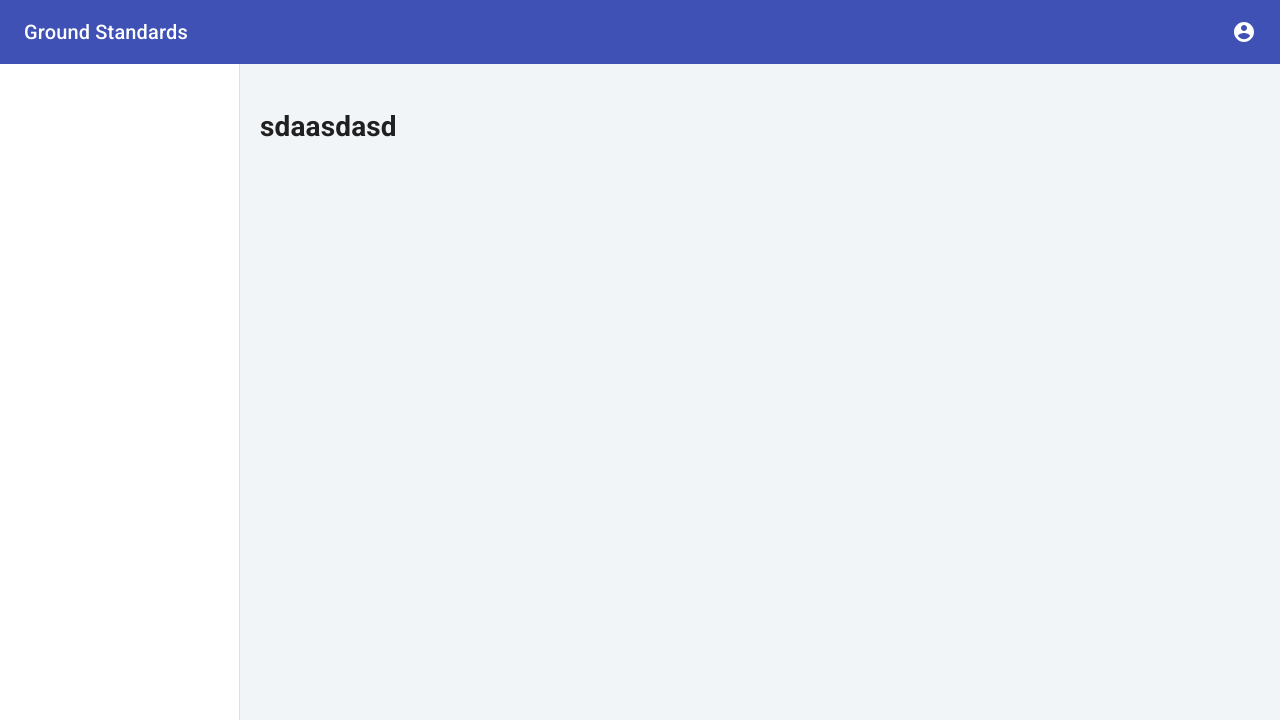
Repository: vinuvish/groundstandards_react
Page: /
These files come from the project's save history. The page is drawn as it stood at one moment and after the next save; the edit follows.
The browser window is 1280 px wide. The pictures show the whole page.
The page's requests for data from a server got no answer. The project was rebuilt for these pictures with package versions that can differ from the ones it lists, and the page was loaded fresh each time. No one was signed in, and anything a server would have sent is missing. Also part of the build but not shown: src/pages/app/NotFoundPage.tsx, src/pages/app/SignUpPage.tsx, src/pages/app/AboutPage.tsx, src/pages/app/OurSolutionPage.tsx, src/pages/app/OurPartnerPage.tsx, src/pages/app/ResourcePage.tsx, src/pages/app/PressPage.tsx, src/pages/app/BlockPage.tsx and 1 more.

Above is the page before, as saved 2020-11-25 22:09:25.

### public/index.html
<!DOCTYPE html>
<html lang="en">
  <head>
    <meta charset="utf-8" />
    <link rel="icon" href="%PUBLIC_URL%/favicon.png" />
    <meta name="viewport" content="width=device-width, initial-scale=1" />
    <meta name="theme-color" content="#000000" />
    <meta name="description" content="Web site created using create-react-app" />
    <link rel="apple-touch-icon" href="%PUBLIC_URL%/logo192.png" />
    <link rel="stylesheet" href="https://fonts.googleapis.com/css?family=Roboto:300,400,500,700&display=swap" />
    <link rel="stylesheet" href="https://fonts.googleapis.com/icon?family=Material+Icons" />
    <!--
      manifest.json provides metadata used when your web app is installed on a
      user's mobile device or desktop. See https://developers.google.com/web/fundamentals/web-app-manifest/
    -->
    <link rel="manifest" href="%PUBLIC_URL%/manifest.json" />
    <!--
      Notice the use of %PUBLIC_URL% in the tags above.
      It will be replaced with the URL of the `public` folder during the build.
      Only files inside the `public` folder can be referenced from the HTML.

      Unlike "/favicon.ico" or "favicon.ico", "%PUBLIC_URL%/favicon.ico" will
      work correctly both with client-side routing and a non-root public URL.
      Learn how to configure a non-root public URL by running `npm run build`.
    -->
    <title>Ground Standard</title>
  </head>
  <body>
    <noscript>You need to enable JavaScript to run this app.</noscript>
    <div id="root"></div>
    <!--
      This HTML file is a template.
      If you open it directly in the browser, you will see an empty page.

      You can add webfonts, meta tags, or analytics to this file.
      The build step will place the bundled scripts into the <body> tag.

      To begin the development, run `npm start` or `yarn start`.
      To create a production bundle, use `npm run build` or `yarn build`.
    -->
  </body>
</html>

### src/App.tsx
import { CssBaseline, MuiThemeProvider, StylesProvider } from '@material-ui/core';
import { SnackbarProvider } from 'notistack';
import React from 'react';
import { theme } from './app_utils/MuiTheme';
import AppRouterRoutes from './AppRoutes';
import { useAppStore } from './models_stores/appStore';

function App() {
  const streamAuthUser = useAppStore((state) => state.streamAuthUser);
  const streamProducts = useAppStore((state) => state.streamDocuments);
  const streamCategories = useAppStore((state) => state.streamNotifications);
  const streamUsers = useAppStore((state) => state.streamUsers);

  React.useEffect(() => {
    streamAuthUser();
    streamCategories();
    streamUsers();
    streamProducts();
  }, []); // eslint-disable-line

  return (
    <SnackbarProvider maxSnack={3} anchorOrigin={{ vertical: 'bottom', horizontal: 'right' }}>
      <MuiThemeProvider theme={theme}>
        <CssBaseline />
        <StylesProvider injectFirst>
          <AppRouterRoutes></AppRouterRoutes>
        </StylesProvider>
      </MuiThemeProvider>
    </SnackbarProvider>
  );
}

export default App;

### src/app_utils/MuiTheme.tsx
import { createMuiTheme } from '@material-ui/core/styles';
import { BreakpointOverrides } from '@material-ui/core/styles/createBreakpoints';
import { Shadows } from '@material-ui/core/styles/shadows';

declare module '@material-ui/core/styles/createBreakpoints' {
  interface BreakpointOverrides {
    xs: true;
    sm: true;
    md: true;
    lg: true;
    xl: true;
    tablet: true;
    laptop: true;
    desktop: true;
  }
}

export const theme = createMuiTheme({
  breakpoints: {
    values: { xs: 0, sm: 600, md: 960, lg: 1280, xl: 1920, tablet: 400, laptop: 900, desktop: 1200 }
  },

  shadows: Array(25).fill('none') as Shadows,

  props: {
    MuiInput: { disableUnderline: true },
    MuiButton: { disableElevation: true },
    MuiButtonBase: { disableRipple: true },
    MuiPaper: { elevation: 0 },
    MuiCard: { elevation: 0 },
    MuiDivider: { color: 'white' },
    MuiOutlinedInput: {}
  },
  overrides: {
    MuiPaper: {
      root: {
        elevation: 0
      }
    },
    MuiCard: {
      root: {
        elevation: 0
      }
    },
    MuiButton: {
      root: {
        textTransform: 'capitalize'
      }
    }
  },
  palette: {
    background: {
      default: '#F2F5F7'
    }
  }
});

export const breakpoint = {
  xs: `(min-width: 0px)`,
  sm: `(min-width: 576px)`,
  md: `(min-width: 768px)`,
  lg: `(min-width: 992px)`,
  xl: `(min-width: 1200px)`
};

### src/AppRoutes.tsx
import { Container, createStyles, Grid, makeStyles, Theme } from '@material-ui/core';
import React from 'react';
import { Route, Router, Switch } from 'react-router-dom';
import ZAppBar from './components/ZAppBar';
import ZAppBarDrawer from './components/ZAppBarDrawer';
import NotFoundPage from './pages/app/NotFoundPage';
import SignUpPage from './pages/app/SignUpPage';
import history from './app_utils/History';
import AboutPage from './pages/app/AboutPage';
import OurSolutionPage from './pages/app/OurSolutionPage';
import OurPartnerPage from './pages/app/OurPartnerPage';
import ResourcePage from './pages/app/ResourcePage';
import PressPage from './pages/app/PressPage';
import BlockPage from './pages/app/BlockPage';
import ContactPage from './pages/app/ContactPage';
import AppHomePage from './pages/app/AppHomePage';

const AppRouterRoutes = () => {
  const classes = useStyles();

  return (
    <Router history={history}>
      <>
        <ZAppBar />
        <Grid className={classes.grid}>
          <ZAppBarDrawer />
          <Grid className={classes.containerAuthenticated}>
            <Switch>{[AppRoutes]}</Switch>
          </Grid>
        </Grid>

      </>
    </Router>


  );
};


const AppRoutes = [
  <Route exact path='/' component={AppHomePage} />,
  <Route exact path='/aboutUs' component={AboutPage} />,
  <Route exact path='/signUp' component={SignUpPage} />,
  <Route exact path='/ourSolution' component={OurSolutionPage} />,
  <Route exact path='/ourPartner' component={OurPartnerPage} />,
  <Route exact path='/resource' component={ResourcePage} />,
  <Route exact path='/press' component={PressPage} />,
  <Route exact path='/blog' component={BlockPage} />,
  <Route exact path='/contact' component={ContactPage} />,
  <Route component={NotFoundPage} />
];

const useStyles = makeStyles((theme: Theme) =>
  createStyles({
    grid: {
      display: 'flex'
    },
    containerAuthenticated: {
      margin: 'auto',
      marginTop: 68,
      padding: 20,
      width: `calc(100% - 240px)`,
      [theme.breakpoints.down('md')]: {
        width: '100%'
      }
    },
    containerUnauthenticated: {}
  })
);

export default AppRouterRoutes;

### src/models_stores/appStore.ts
import { mountStoreDevtool } from 'simple-zustand-devtools';
import create from 'zustand';
import { fireAuth, fireFirestore } from '../firebase/firebase';
import { AuthUser } from '../models/AuthUserModel';
import { DocumentModel } from '../models/DocumentModel';
import { NotificationModel } from '../models/NotificationModel';

type State = {
  documents: DocumentModel[];
  streamDocuments: () => void;

  notifications: NotificationModel[];
  streamNotifications: () => void;

  users: AuthUser[];
  streamUsers: () => void;

  isInitializing?: boolean;
  authUser: AuthUser | null;
  streamAuthUser: () => void;
};

export const useAppStore = create<State>((set, get) => ({
  /* ------------------------------ NOTE AUTHUSER ----------------------------- */
  isInitializing: true,
  authUser: null,

  streamAuthUser: () => {
    fireAuth.onAuthStateChanged(async (user) => {
      if (user) {
        const query = await fireFirestore.collection('users').doc(user.uid).get();

        const authUser = AuthUser.fromFirestore(query);

        set((state) => {
          return { ...state, authUser: authUser, isInitializing: false };
        });
      } else {
        set((state) => {
          return { ...state, authUser: null, isInitializing: false };
        });
      }
    });
  },

  /* ------------------------------ NOTE Users ----------------------------- */
  users: [],

  streamUsers: () => {
    if (get().users.length === 0)
      fireFirestore.collection('users').onSnapshot((querySnapshot: firebase.firestore.QuerySnapshot<firebase.firestore.DocumentData>) => {
        let users: AuthUser[] = [];
        querySnapshot.docs.forEach((docSnapshot) => {
          const res = AuthUser.fromFirestore(docSnapshot);
          if (res) users.push(res);
        });

        set((state) => {
          return { ...state, users: users };
        });
      });
  },
  /* ------------------------------ NOTE PRODUCTS ----------------------------- */
  documents: [],

  streamDocuments: () => {
    if (get().documents.length === 0)
      fireFirestore
        .collection('documents')
        .limit(200)
        .onSnapshot((querySnapshot: firebase.firestore.QuerySnapshot<firebase.firestore.DocumentData>) => {
          let documents: DocumentModel[] = [];

          querySnapshot.docs.forEach((docSnapshot) => {
            const res = DocumentModel.fromFirestore(docSnapshot);
            if (res) documents.push(res);
          });

          set((state) => {
            return { ...state, documents: documents };
          });
        });
  },

  notifications: [],
  streamNotifications: () => {
    if (get().notifications.length === 0)
      fireFirestore.collection('notifications').onSnapshot((querySnapshot: firebase.firestore.QuerySnapshot<firebase.firestore.DocumentData>) => {
        let notifications: NotificationModel[] = [];

        querySnapshot.docs.forEach((docSnapshot) => {
          const res = NotificationModel.fromFirestore(docSnapshot);
          if (res) notifications.push(res);
        });

        set((state) => {
          return { ...state, notifications: notifications };
        });
      });
  }
}));

if (process.env.NODE_ENV === 'development') {
  mountStoreDevtool('Store', useAppStore);
}

### src/components/ZAppBarDrawer.tsx
import Drawer from '@material-ui/core/Drawer';
import ListItem from '@material-ui/core/ListItem';
import ListItemIcon from '@material-ui/core/ListItemIcon';
import React from 'react';
import Toolbar from '@material-ui/core/Toolbar';
import { BsCreditCard, BsExclude, BsInbox } from 'react-icons/bs';
import { FiUsers } from 'react-icons/fi';
import { IconType } from 'react-icons/lib';
import { IoIosNotificationsOutline } from 'react-icons/io';
import { Link, RouteComponentProps, withRouter } from 'react-router-dom';
import { ListSubheader, Typography } from '@material-ui/core';
import { VscOpenPreview } from 'react-icons/vsc';
import { createStyles, makeStyles, Theme } from '@material-ui/core/styles';
import { useAppStore } from '../models_stores/appStore';
const drawerWidth = 240;

interface Props {
  name?: string;
  house?: string;
}

interface PropsItems {
  to: string;
  selected: boolean;
  icon: IconType;
  title: string;
}

const ZAppBarDrawer: React.FC<RouteComponentProps & Props> = ({ history: h }) => {
  const classes = useStyles();
  const authUser = useAppStore((state) => state.authUser);
  console.log(h.location.pathname);

  const ZLinkItem = (props: PropsItems) => {
    const Icon = props.icon;
    return (
      <ListItem className={classes.listItem} button component={Link} to={props.to} selected={props.selected}>
        <ListItemIcon>
          <Icon className={classes.icons} />
        </ListItemIcon>
        <Typography className={classes.tabText}>{props.title}</Typography>
      </ListItem>
    );
  };

  return (
    <div>
      <Drawer elevation={0} className={classes.drawer} variant='permanent' classes={{ paper: classes.drawerPaper }}>
        <Toolbar />

        <div className={classes.drawerContainer}>
          {authUser && authUser?.isAdmin && (
            <>
              <ListSubheader className={classes.listSubheader}>Review</ListSubheader>

              <ZLinkItem to={'/documents'} selected={h.location.pathname === '/documents' || h.location.pathname === '/'} icon={BsInbox} title={'Documents'} />

              <ListSubheader className={classes.listSubheader}>Management</ListSubheader>
              <ZLinkItem to={'/users'} selected={h.location.pathname === '/users'} icon={FiUsers} title={'Users'} />
              <ZLinkItem to={'/notifications'} selected={h.location.pathname === '/notifications'} icon={IoIosNotificationsOutline} title={'Notifications'} />
              <ZLinkItem to={'/feedback'} selected={h.location.pathname === '/feedback'} icon={VscOpenPreview} title={'Feedback'} />
            </>
          )}
        </div>
      </Drawer>
    </div>
  );
};

const useStyles = makeStyles((theme: Theme) =>
  createStyles({
    drawer: {
      width: drawerWidth,

      flexShrink: 0,
      [theme.breakpoints.down('md')]: {
        display: 'none'
      }
    },
    drawerTemp: {
      flexShrink: 0,
      display: 'none',
      [theme.breakpoints.down('md')]: {
        display: 'flex'
      }
    },
    drawerTempListWidth: {
      width: drawerWidth
    },
    drawerPaper: {
      width: drawerWidth
    },
    drawerContainer: {
      overflow: 'auto'
    },
    content: {
      flexGrow: 1,
      padding: theme.spacing(3)
    },
    listItem: {
      margin: '4px 0px'
    },
    listSubheader: {
      margin: '4px 0px'
    },
    icons: {
      fontSize: 18,
      color: '#546e7a'
    },
    tabText: {
      marginLeft: -18,
      fontFamily: 'Roboto, Helvetica, Arial, sans-serif',
      fontWeight: 500,
      lineHeight: 1.5,
      letterSpacing: '0.00938em',
      color: '#546e7a',
      fontSize: '0.925rem'
    }
  })
);

export default withRouter(ZAppBarDrawer);

### src/app_utils/History.tsx
import { createBrowserHistory } from 'history';
export default createBrowserHistory({});

### src/pages/app/AppHomePage.tsx
import React from 'react'

function AppHomePage() {
    return (
        <div>
            <h1>sdaasdasd</h1>
        </div>
    )
}

export default AppHomePage

### src/firebase/firebase.tsx
import firebase from 'firebase/app';
import 'firebase/firestore';
import 'firebase/auth';
import 'firebase/storage';

const firebaseConfig = {
  apiKey: 'AIzaSyBWf1JYtcld5rEhou2YyANxAtl20AylP80',
  authDomain: 'groundstandards-8a1dd.firebaseapp.com',
  databaseURL: 'https://groundstandards-8a1dd.firebaseio.com',
  projectId: 'groundstandards-8a1dd',
  storageBucket: 'groundstandards-8a1dd.appspot.com',
  messagingSenderId: '137110708999',
  appId: '1:137110708999:web:ab0b42be7878425a805ba2',
  measurementId: 'G-V8H0LZB9DH'
};

if (!firebase.apps.length) firebase.initializeApp(firebaseConfig);

const firestore = firebase.firestore();
const auth = firebase.auth();

export { firebase as fireFirebase, firestore as fireFirestore, auth as fireAuth };

### src/models/AuthUserModel.ts
export class AuthUser implements IAuthUser {
  email: string;
  firstName: string;
  id: string;
  lastName: string;
  isActive: boolean;
  isAdmin: boolean;
  timestampAdded: Date;
  timestampLastLogin: Date;

  constructor(x: IAuthUser) {
    this.email = x.email;
    this.firstName = x.firstName;
    this.id = x.id;
    this.lastName = x.lastName;
    this.isActive = x.isActive;
    this.isAdmin = x.isAdmin;
    this.timestampAdded = x.timestampAdded;
    this.timestampLastLogin = x.timestampLastLogin;
  }

  static fromFirestore(doc: firebase.firestore.DocumentSnapshot<firebase.firestore.DocumentData>): AuthUser | null {
    const data = doc.data();
    if (!data) return null;

    return new AuthUser({
      email: data['email'] ?? '',
      firstName: data['firstName'] ?? '',
      id: doc.id,
      lastName: data['lastName'] ?? '',
      isActive: data['isActive'] ?? true,
      isAdmin: data['isAdmin'] ?? false,
      timestampAdded: data['timestampAdded']?.toDate() ?? new Date(),
      timestampLastLogin: data['timestampLastLogin']?.toDate() ?? new Date()
    });
  }

  getFullName(): string {
    return `${this.firstName} ${this.lastName}`;
  }
}

interface IAuthUser {
  email: string;
  firstName: string;
  id: string;
  lastName: string;
  isActive: boolean;
  isAdmin: boolean;
  timestampAdded: Date;
  timestampLastLogin: Date;
}
export interface IAuthUserRegister {
  email: string;
  firstName: string;
  lastName: string;
  password: string;
  isAdmin: boolean;
}

export interface IAuthUserUpdate {
  id: string;
  firstName: string;
  lastName: string;
  isActive: boolean;
  isAdmin: boolean;
}

### src/models/NotificationModel.ts
export class NotificationModel implements IEventModel {
  body: string;
  title: string;
  linkUrl: string;
  id: string;
  timestampAdded: Date;

  constructor(x: IEventModel) {
    {
      this.id = x.id;
      this.linkUrl = x.linkUrl;
      this.body = x.body;
      this.timestampAdded = x.timestampAdded;
      this.title = x.title;
    }
  }

  static fromFirestore(doc: firebase.firestore.DocumentSnapshot<firebase.firestore.DocumentData>): NotificationModel | null {
    const data = doc.data();
    if (!data) return null;
    return new NotificationModel({
      body: data['body'] ?? '',
      id: doc.id,
      linkUrl: data['linkUrl'] ?? '',
      timestampAdded: data['timestampAdded']?.toDate() ?? Date.now(),
      title: data['title'] ?? ''
    });
  }
}

interface IEventModel {
  body: string;
  title: string;
  linkUrl: string;
  id: string;
  timestampAdded: Date;
}

Loaded but not shown: src/index.tsx (common file); src/styles/index.css (common file); src/components/ZAppBar.tsx (182 lines, source omitted); src/models/DocumentModel.ts (144 lines, source omitted); src/components/ZAppBarDrawerTemp.tsx (129 lines, source omitted)

After the next save:
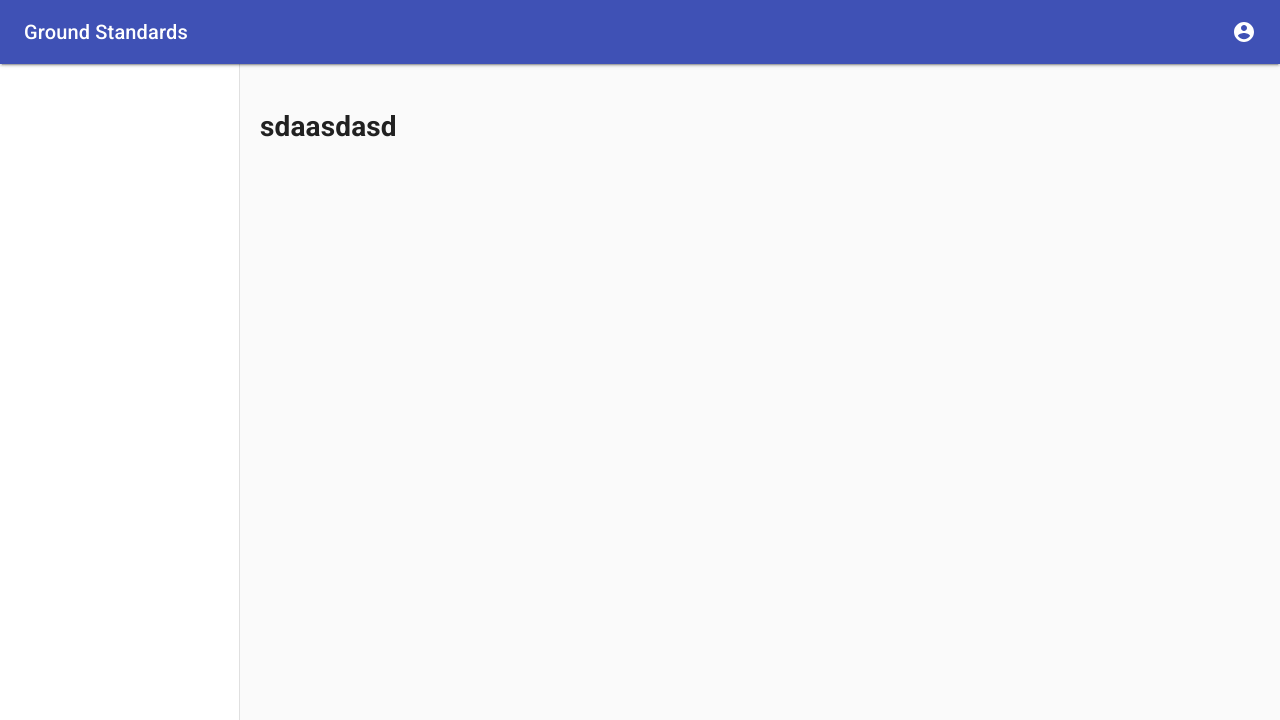
Saved 18 s later.
--- a/src/App.tsx
+++ b/src/App.tsx
@@ -20,12 +20,12 @@
 
   return (
     <SnackbarProvider maxSnack={3} anchorOrigin={{ vertical: 'bottom', horizontal: 'right' }}>
-      <MuiThemeProvider theme={theme}>
-        <CssBaseline />
-        <StylesProvider injectFirst>
-          <AppRouterRoutes></AppRouterRoutes>
-        </StylesProvider>
-      </MuiThemeProvider>
+      {/* <MuiThemeProvider theme={theme}> */}
+      <CssBaseline />
+      <StylesProvider injectFirst>
+        <AppRouterRoutes></AppRouterRoutes>
+      </StylesProvider>
+      {/* </MuiThemeProvider> */}
     </SnackbarProvider>
   );
 }

After the save that followed:
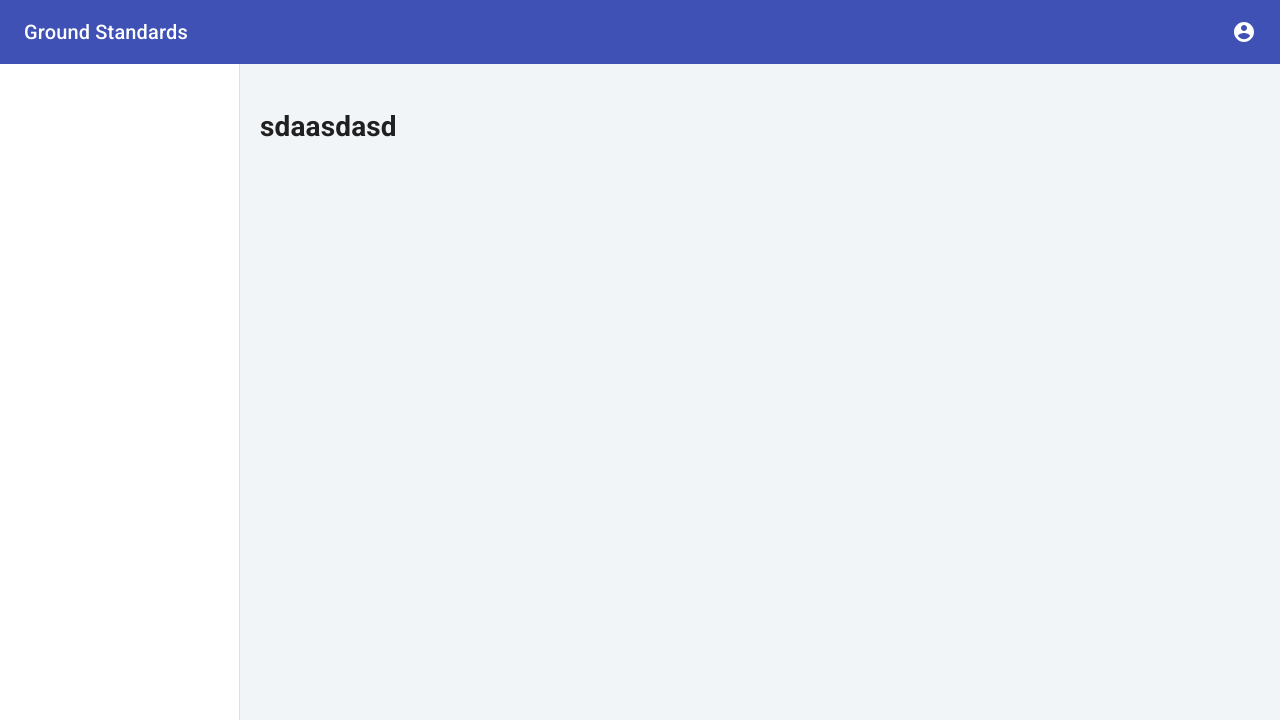
Saved 5 s later.
--- a/src/App.tsx
+++ b/src/App.tsx
@@ -20,12 +20,12 @@
 
   return (
     <SnackbarProvider maxSnack={3} anchorOrigin={{ vertical: 'bottom', horizontal: 'right' }}>
-      {/* <MuiThemeProvider theme={theme}> */}
-      <CssBaseline />
-      <StylesProvider injectFirst>
-        <AppRouterRoutes></AppRouterRoutes>
-      </StylesProvider>
-      {/* </MuiThemeProvider> */}
+      <MuiThemeProvider theme={theme}>
+        <CssBaseline />
+        <StylesProvider injectFirst>
+          <AppRouterRoutes></AppRouterRoutes>
+        </StylesProvider>
+      </MuiThemeProvider>
     </SnackbarProvider>
   );
 }
